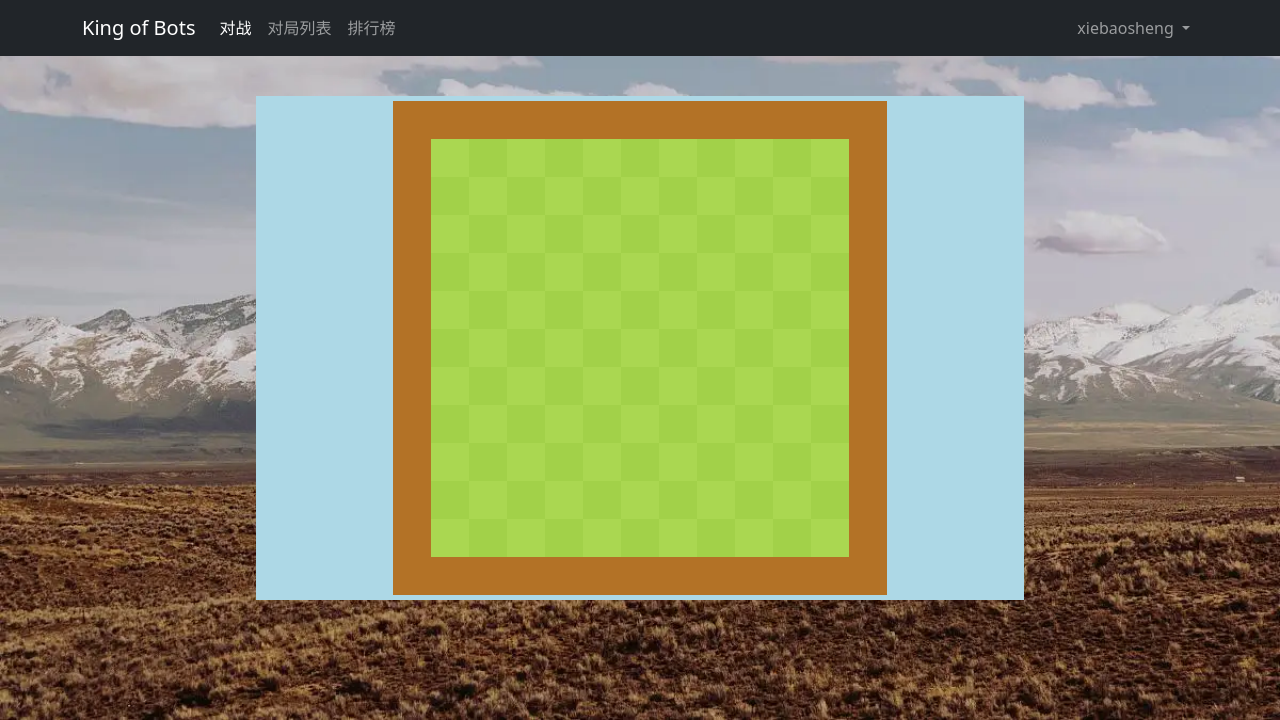
Repository: XieBaosheng/kob
Page: / (app in web/)
These files come from the project's save history. The page is drawn as it stood at one moment and after the next save; the edit follows.
The browser window is 1280 px wide. The pictures show the whole page.
The project was rebuilt for these pictures with package versions that can differ from the ones it lists, and the page was loaded fresh each time. Also part of the build but not shown: web/vue.config.js, web/src/components/ContentField.vue, web/src/views/record/RecordIndexView.vue, web/src/views/ranklist/RanklistIndexView.vue, web/src/views/user/bot/UserBotIndexView.vue, web/src/views/error/NotFound.vue.

Above is the page before, as saved 2024-05-29 21:29:51.

After the next save:
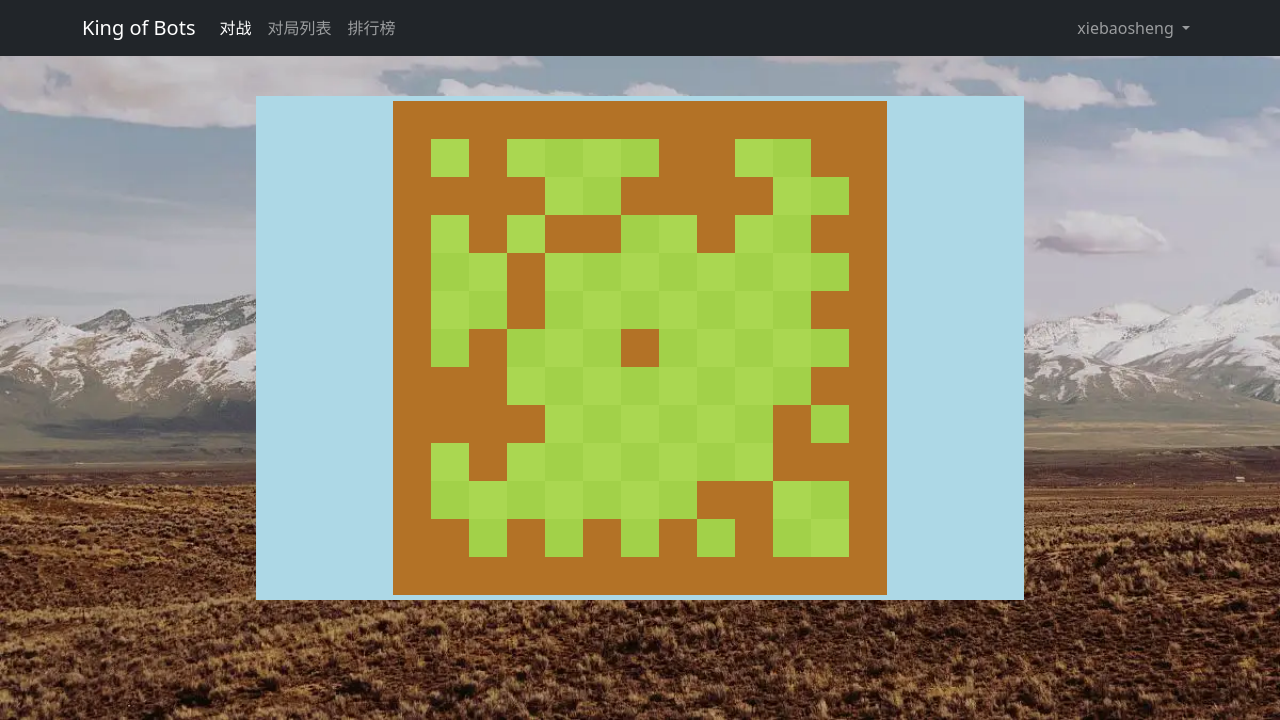
Saved 7 min 56 s later.
--- a/web/src/assets/scripts/GameMap.js
+++ b/web/src/assets/scripts/GameMap.js
@@ -12,6 +12,7 @@ export class GameMap extends AcGameObject {
         this.rows = 13;
         this.cols = 13;
 
+        this.inner_walls_count = 20;
         this.walls = [];
     }
 
@@ -34,6 +35,17 @@ export class GameMap extends AcGameObject {
             g[0][c] = g[this.rows - 1][c] = true;
         }
 
+
+        // 创建随机障碍物，轴对称
+        for(let i = 0; i < this.inner_walls_count; i++){
+            for(let j = 0; j < 1000; j++){
+                let r = parseInt(Math.random() * this.rows);
+                let c = parseInt(Math.random() * this.cols);
+                if(g[r][c] || g[c][r]) continue;
+                g[r][c] = g[c][r] = true;
+                break;
+            }
+        }
         for(let r = 0; r < this.rows; r++){
             for(let c = 0; c < this.cols; c++){
                 if(g[r][c]){
